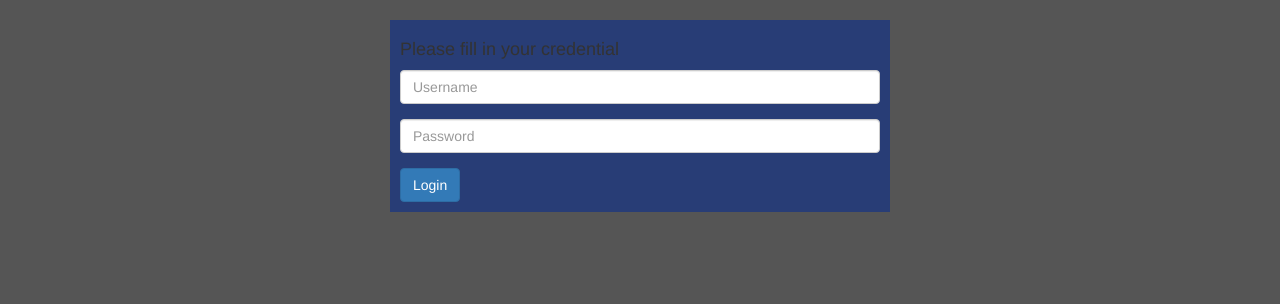
Repository: manjuladevadoss/DemoProject
Page: Eclipseworkspace/DemoTrans/html/login.html
An editor plug-in stored every save of this project. The page is shown before and after the next save, followed by the edit.
The browser window is 1280 px wide. The pictures show the whole page.

Above is the page before, as saved 2019-02-20 08:59:04.

### Eclipseworkspace/DemoTrans/html/login.html
<!DOCTYPE html>
<html lang="en">
<head>
<meta charset="utf-8">
<meta http-equiv="X-UA-Compatible" content="IE=edge">
<meta name="viewport" content="width=device-width, initial-scale=1">

<meta name="viewport" content="width=device-width, initial-scale=1">



<link rel="stylesheet" href="https://maxcdn.bootstrapcdn.com/bootstrap/3.3.7/css/bootstrap.min.css">
<script src="https://ajax.googleapis.com/ajax/libs/jquery/1.12.4/jquery.min.js"></script>
<script src="https://maxcdn.bootstrapcdn.com/bootstrap/3.3.7/js/bootstrap.min.js"></script>
<style type="text/css">
    .bs-example{
    	margin: 20px;
    }
body {
  background: #555;
}

.content {
  max-width: 500px;
  margin: auto;
  background: #283D76;
  padding: 10px;
}
</style>
</head>
<body>
<div class="bs-example">
    <form action="/examples/actions/confirmation.php" method="post">
    <div class="content">
    <title>Login </title>
    <h4>Please fill in your credential </h4>
        <div class="form-group">
            <input type="text" class="form-control" id="inputEmail" placeholder="Username" required>
        </div>
        <div class="form-group">
            <input type="password" class="form-control" id="inputPassword" placeholder="Password" required>
        </div>
        <!-- <div class="checkbox">
            <label><input type="checkbox"> Remember me</label>
        </div>
       -->
        <button type="submit" class="btn btn-primary">Login</button>
        </div>
    </form>
</div>
</body>
</html>

After the next save:
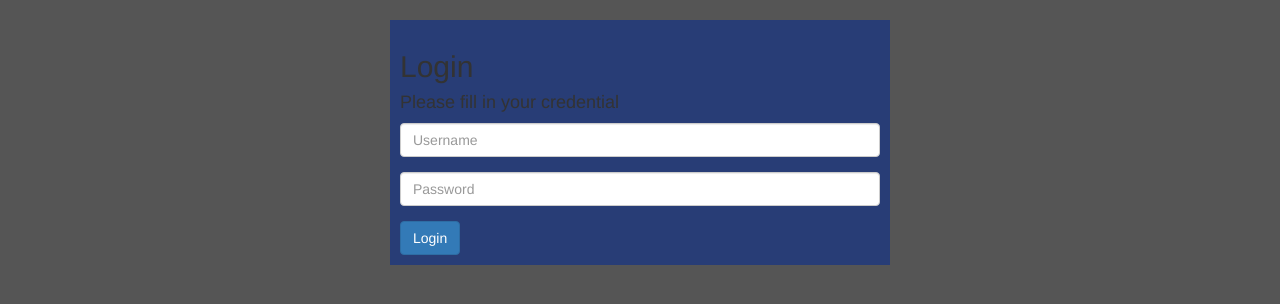
Saved 6 min 55 s later.
--- a/Eclipseworkspace/DemoTrans/html/login.html
+++ b/Eclipseworkspace/DemoTrans/html/login.html
@@ -4,10 +4,6 @@
 <meta charset="utf-8">
 <meta http-equiv="X-UA-Compatible" content="IE=edge">
 <meta name="viewport" content="width=device-width, initial-scale=1">
-
-<meta name="viewport" content="width=device-width, initial-scale=1">
-
-
 
 <link rel="stylesheet" href="https://maxcdn.bootstrapcdn.com/bootstrap/3.3.7/css/bootstrap.min.css">
 <script src="https://ajax.googleapis.com/ajax/libs/jquery/1.12.4/jquery.min.js"></script>
@@ -26,13 +22,17 @@ body {
   background: #283D76;
   padding: 10px;
 }
+h1 {
+  color: white;
+  font-family: Roboto, Helvetica, sans-serif;
+}
 </style>
 </head>
 <body>
 <div class="bs-example">
     <form action="/examples/actions/confirmation.php" method="post">
     <div class="content">
-    <title>Login </title>
+    <h2>Login </h2>
     <h4>Please fill in your credential </h4>
         <div class="form-group">
             <input type="text" class="form-control" id="inputEmail" placeholder="Username" required>
